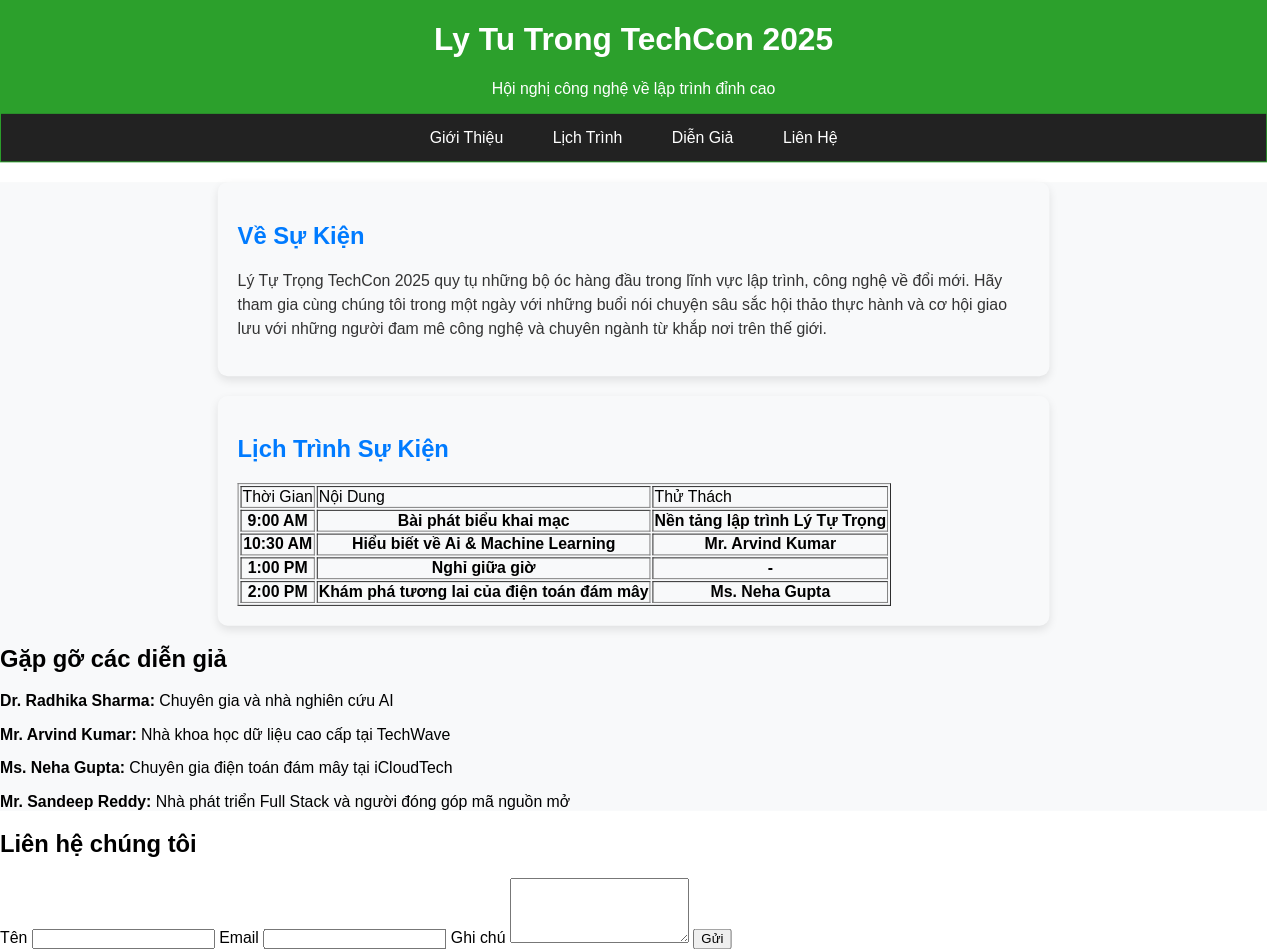
Repository: NhatMinh121/BaiTapVeNha1
Page: index.html
These files come from the project's save history. The page is drawn as it stood at one moment and after the next save; the edit follows.
The browser window is 1280 px wide. The pictures show the whole page, at 99% of full size.

Above is the page before, as saved 2025-03-28 23:03:22.

After the next save:
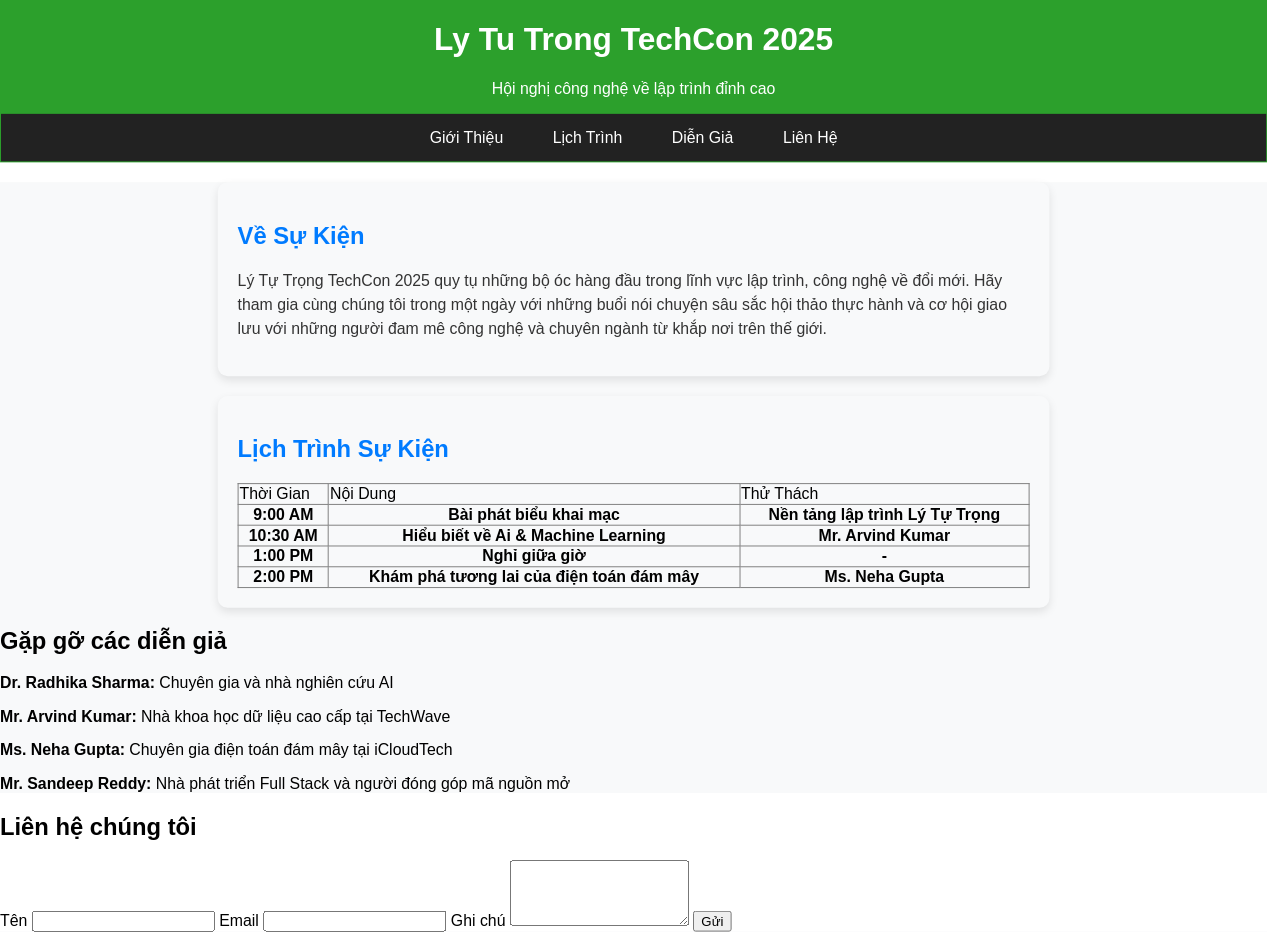
Saved 45 s later.
--- a/style.css
+++ b/style.css
@@ -77,3 +77,8 @@ main {
     font-size: 24px;
     font-weight: bold;
 }
+
+.main-schedule table {
+    width: 100%;
+    border-collapse: collapse;
+}
